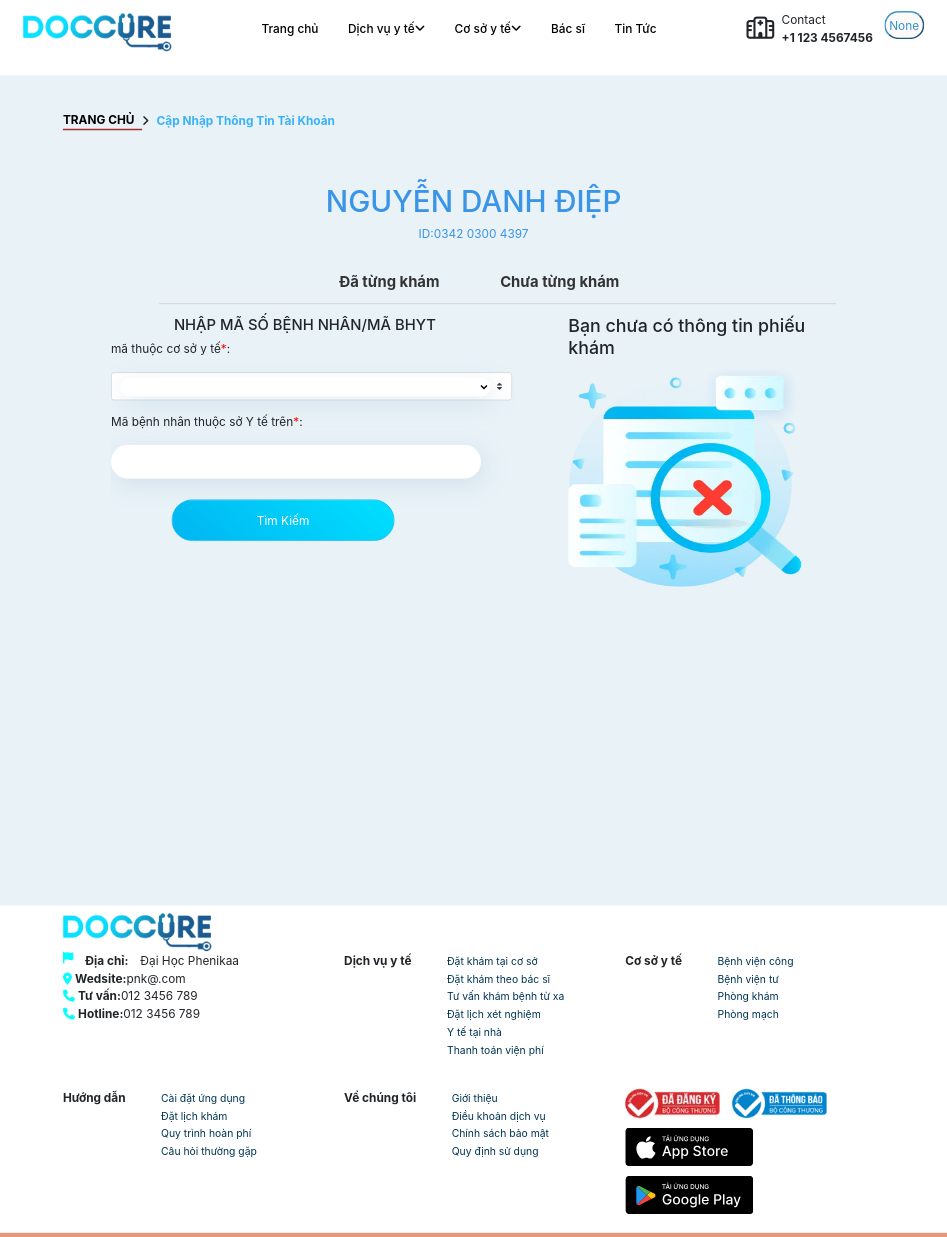
Repository: tuanminhh03/DACS-Complete
Page: http://localhost/web-user/updatehosobenhan.php
These files come from the project's save history. The page is drawn as it stood at one moment and after the next save; the edit follows.
The browser window is 1280 px wide. The pictures show the whole page, at 74% of full size.
The page is run by PHP 8.4 with error messages shown; the project is at /var/www/html/.

Above is the page before, as saved 2023-11-11 18:04:58.

After the next save:
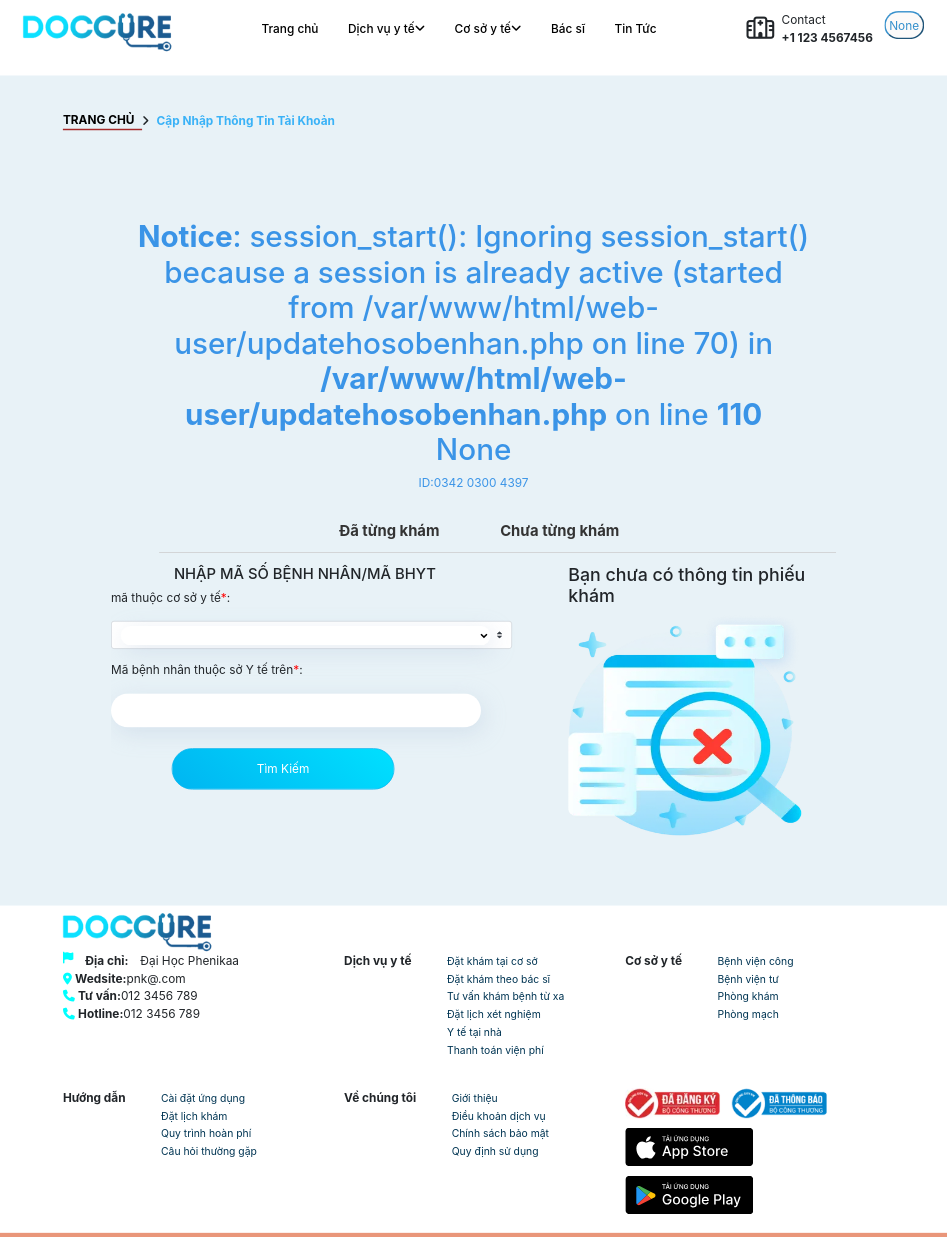
Saved 54 s later.
--- a/web-user/updatehosobenhan.php
+++ b/web-user/updatehosobenhan.php
@@ -105,7 +105,16 @@
             </div>
             <div class="style-body">
                 <div class="text_title m-4" style="text-align: center;color: rgb(58, 148, 231);">
-                    <h1>NGUYỄN DANH ĐIỆP</h1>
+                    <h1>
+                        <?php
+                        session_start();
+                        if (isset($_SESSION["username"])) {
+                            echo $_SESSION["username"];
+                        } else {
+                            echo "None";
+                        }
+                        ?>
+                    </h1>
                     <P>ID:0342 0300 4397</P>
                 </div>
                 <div class="btn-box" style="justify-content: center; margin-left: 65px;">
@@ -416,7 +425,7 @@
 
             const selectedButton = document.querySelector(`#${tabId}-btn`);
             selectedButton.classList.add("active");
-        }
+    }
 
     </script>
     <script src="./boostrap/bootstrap.min.js"></script>
